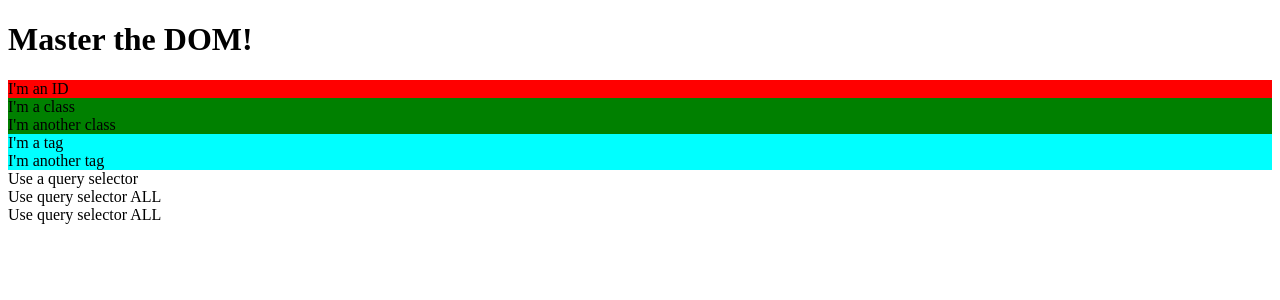
Repository: glgeorgiou/100-days-of-code-projects
Page: DOM Testing/1.html
The author's editor kept a copy of each file at every save. The page is drawn from the files as they stood at one save, then again after the next save.
The browser window is 1280 px wide. The pictures show the whole page.

Above is the page before, as saved 2020-04-14 10:36:00.

After the next save:
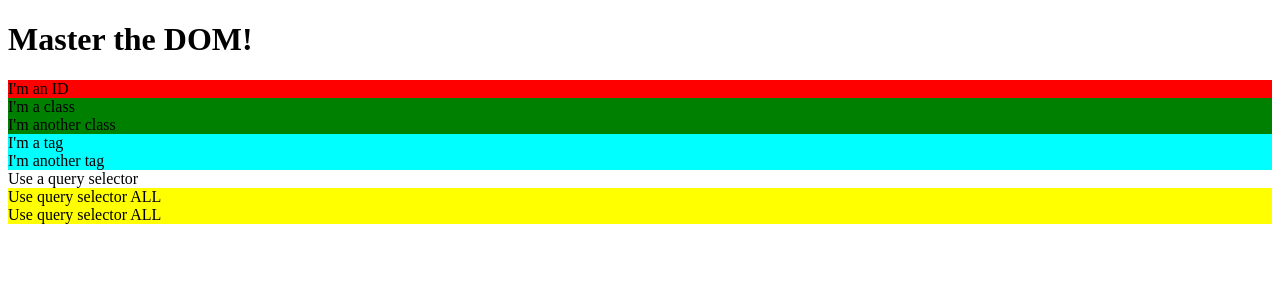
Saved 82 s later.
--- a/DOM Testing/1.js
+++ b/DOM Testing/1.js
@@ -23,3 +23,10 @@
 for (i = 0; i < testTag.length; i++) {
     testTag[i].style.backgroundColor = 'cyan';
 }
+
+
+//QuerySelectorAll
+testQueryAll = document.querySelectorAll('.test-query-all');
+testQueryAll.forEach(query => {
+    query.style.backgroundColor = 'yellow';
+  });
